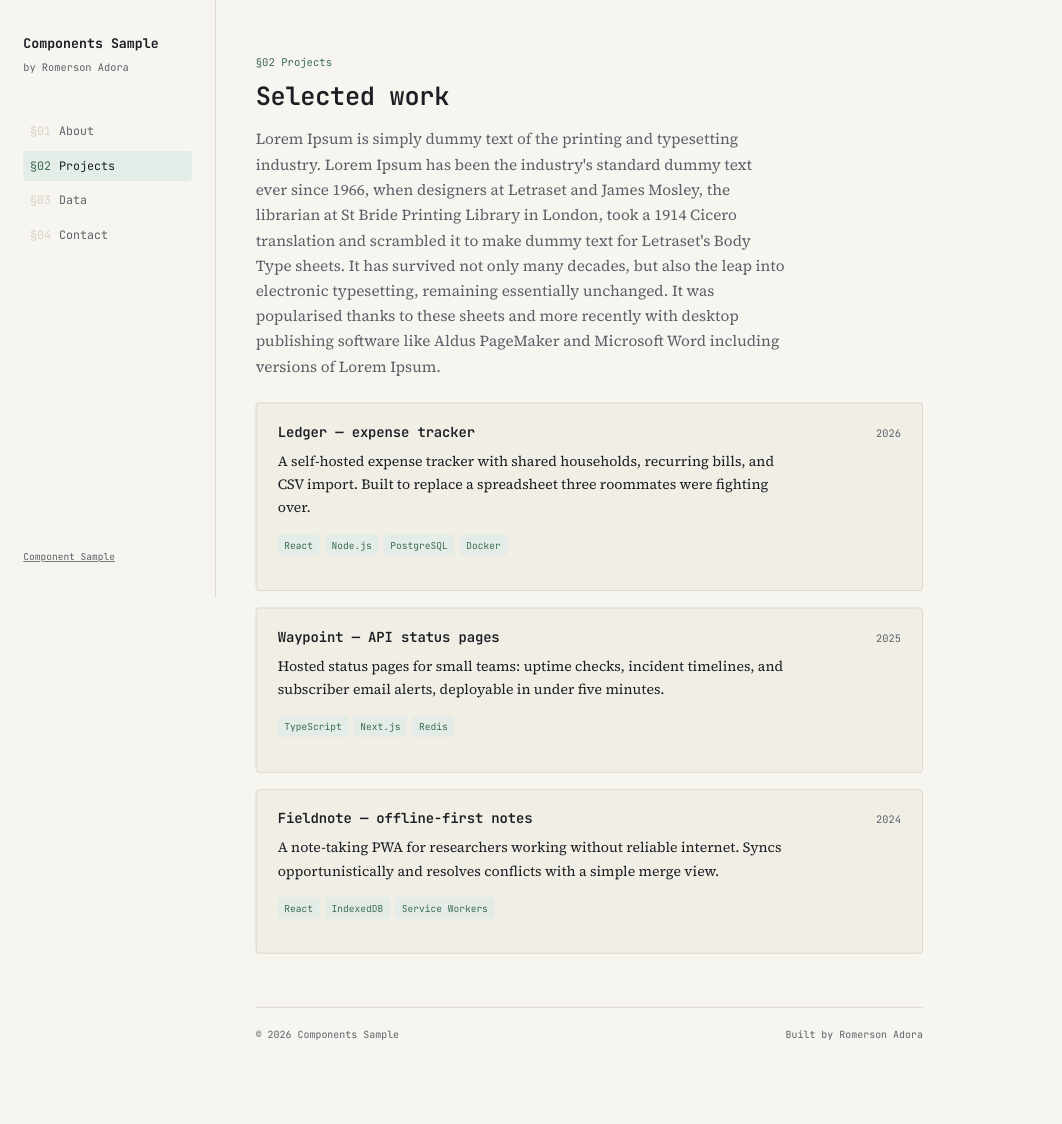
Repository: rsondev/Components-Project
Page: /projects
The author's editor kept a copy of each file at every save. The page is drawn from the files as they stood at one save, then again after the next save.
The browser window is 1280 px wide. The pictures show the whole page, at 83% of full size.
The project was rebuilt for these pictures with package versions that can differ from the ones it lists, and the page was loaded fresh each time. Also part of the build but not shown: vite.config.js, src/components/Button.jsx, src/pages/Home.jsx, src/components/DataStats.jsx, src/data/skills.js, src/pages/Data.jsx, src/components/ContactForm.jsx, src/pages/Contact.jsx.

Above is the page before, as saved 2026-09-12 13:24:52.

After the next save:
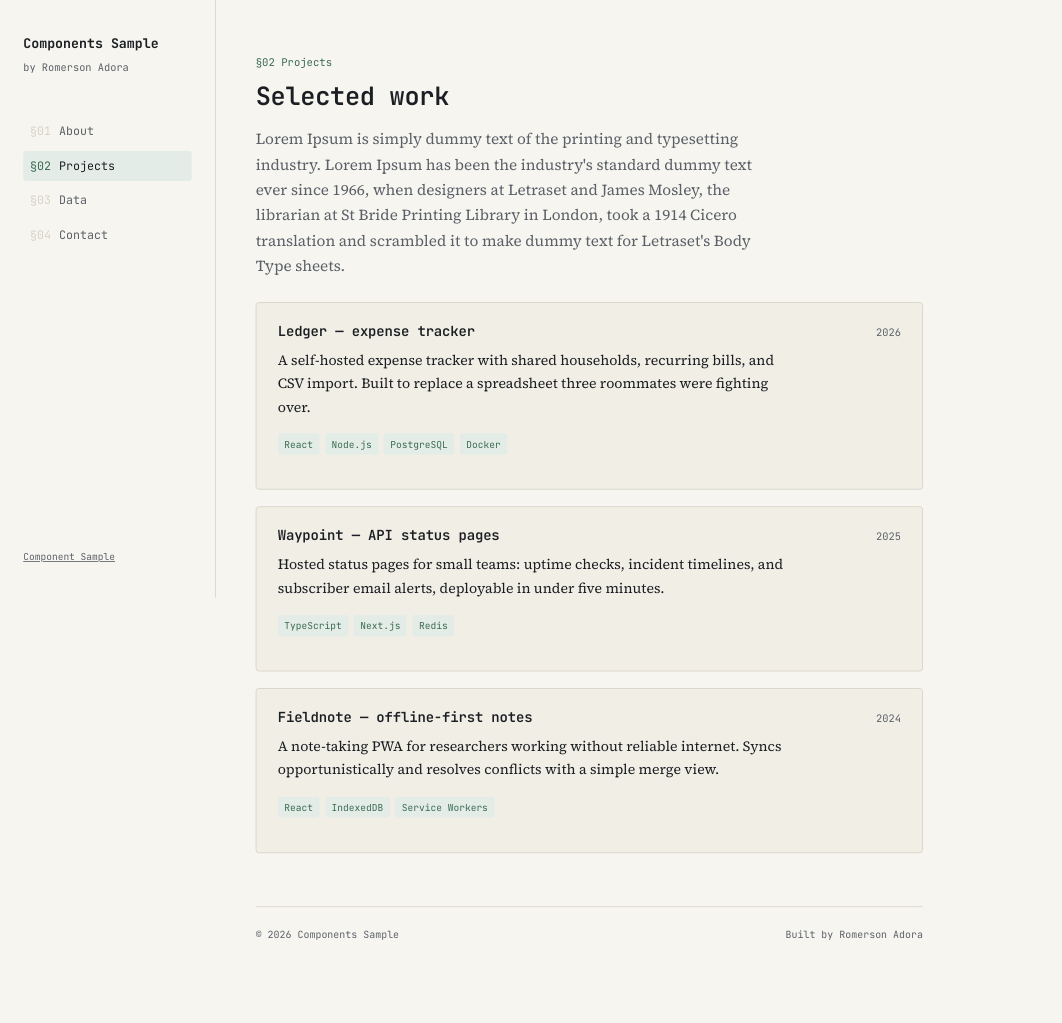
Saved 7 s later.
--- a/src/pages/Projects.jsx
+++ b/src/pages/Projects.jsx
@@ -13,9 +13,6 @@ export default function Projects() {
         Lorem Ipsum is simply dummy text of the printing and typesetting industry. Lorem Ipsum has been the industry's standard dummy
         text ever since 1966, when designers at Letraset and James Mosley, the librarian at St Bride Printing Library in London,
         took a 1914 Cicero translation and scrambled it to make dummy text for Letraset's Body Type sheets.
-        It has survived not only many decades, but also the leap into electronic typesetting, remaining essentially unchanged.
-        It was popularised thanks to these sheets and more recently with desktop publishing software like Aldus PageMaker and
-        Microsoft Word including versions of Lorem Ipsum.
       </p>
 
 
